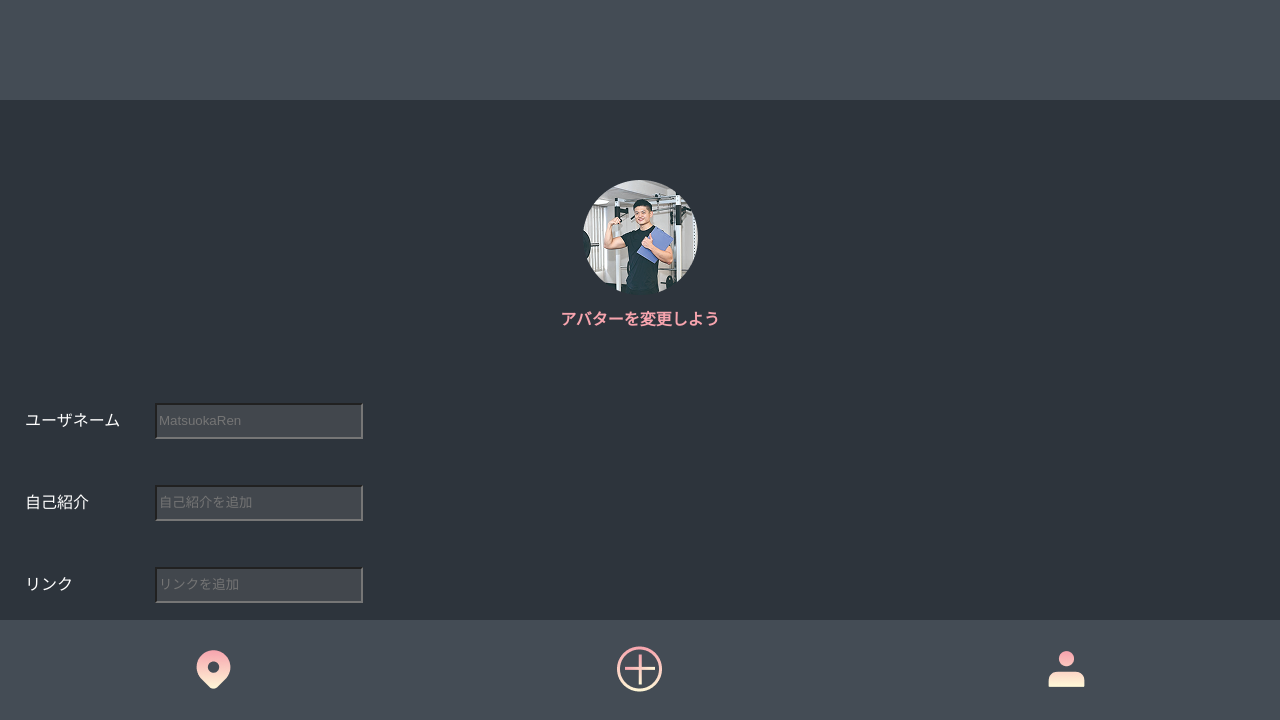
Repository: ren0714poo/respos
Page: edit.html
The author's editor kept a copy of each file at every save. The page is drawn from the files as they stood at one save, then again after the next save.
The browser window is 1280 px wide. The pictures show the whole page.

Above is the page before, as saved 2025-07-17 14:32:51.

After the next save:
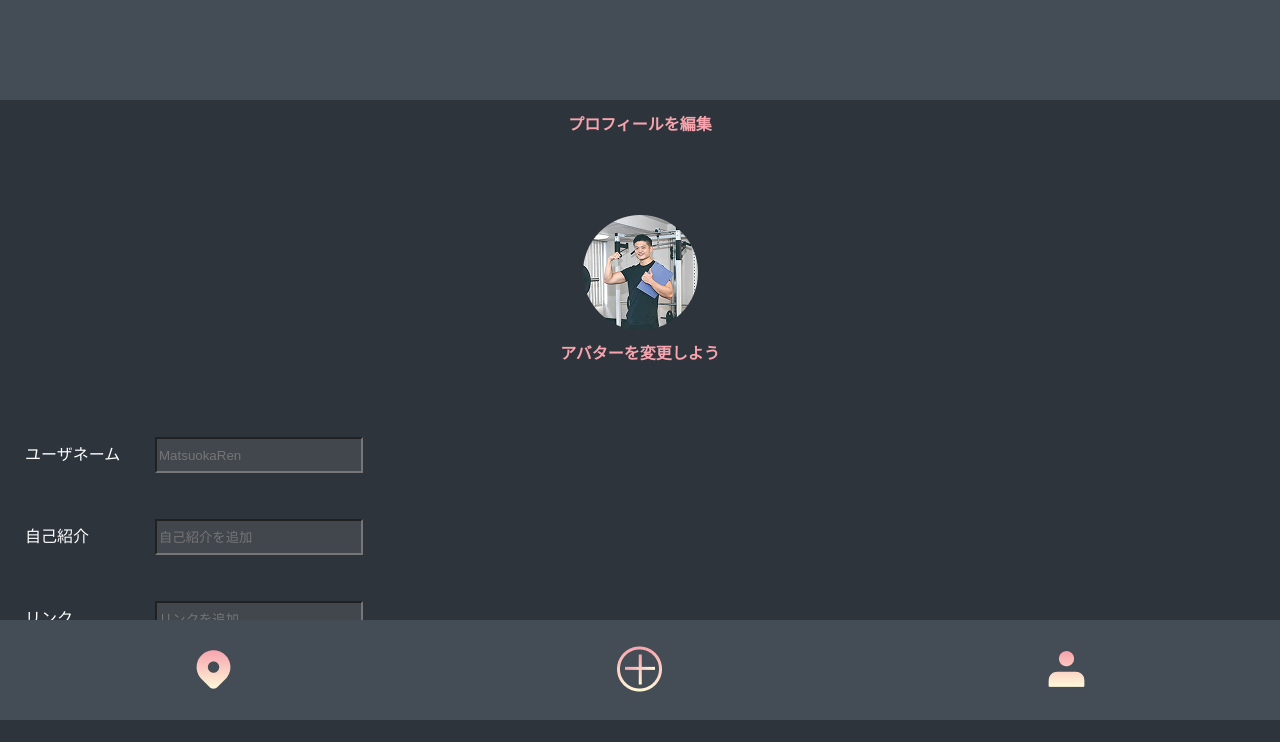
Saved 38 s later.
--- a/edit.html
+++ b/edit.html
@@ -11,6 +11,7 @@
   </header>
 
   <main>
+    <h1>プロフィールを編集</h1>
     <div class="edit_img"><img src="img/icon.png" alt="カメラ変更"></div>
     <h1>アバターを変更しよう</h1>
     <div class="edit">
